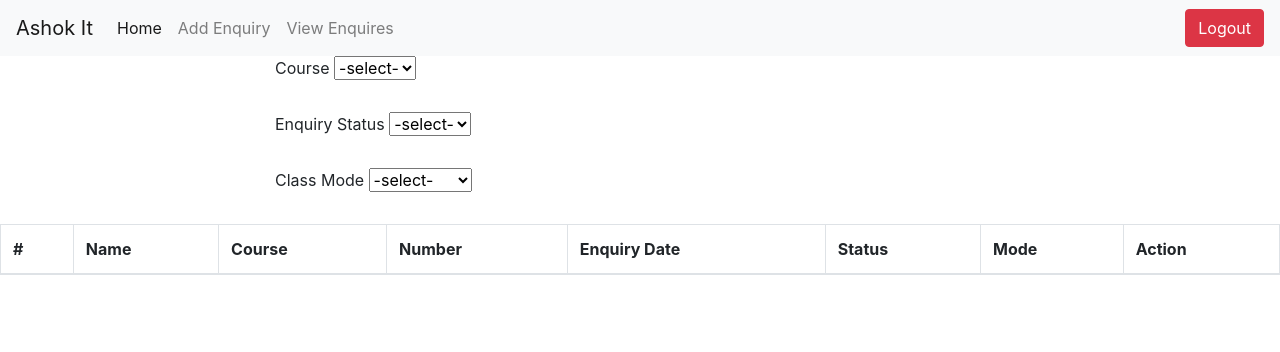
Repository: davidroshan/JRTP
Page: http://localhost/view-enquires
An editor plug-in stored every save of this project. The page is shown before and after the next save, followed by the edit.
The browser window is 1280 px wide. The pictures show the whole page.
The page is this project's Thymeleaf template; nobody is signed in. The template is opened directly, without the code that normally fills it, so the values that code supplies are empty.

Above is the page before, as saved 2023-04-27 18:24:04.

After the next save:
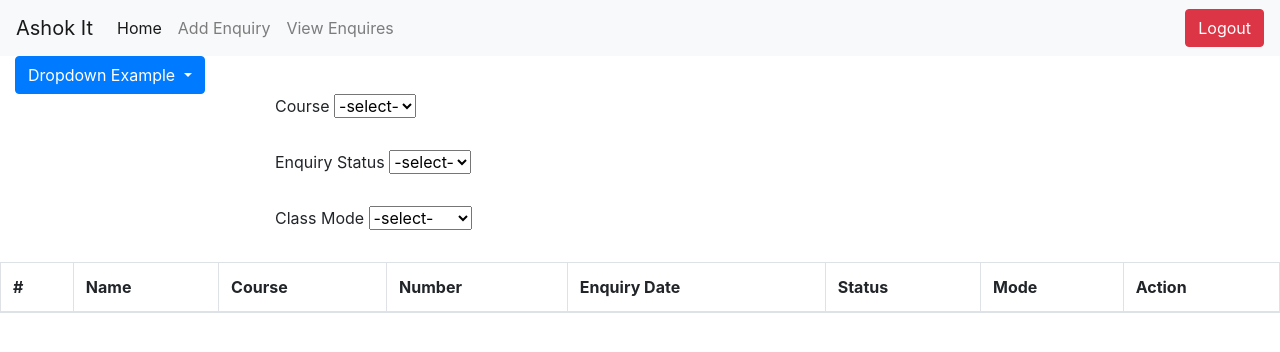
Saved 8 min 30 s later.
--- a/Front_Office_Team_Portal/src/main/resources/templates/view-enquires.html
+++ b/Front_Office_Team_Portal/src/main/resources/templates/view-enquires.html
@@ -39,6 +39,22 @@
 
 
           <!-- Nav bar end -->
+
+
+          <div class="col-lg-4 col-sm-4 col-xs-4">
+      <div class="dropdown">
+        <button class="btn btn-primary dropdown-toggle" type="button" data-toggle="dropdown">Dropdown Example
+        <span class="caret"></span></button>
+        <ul class="dropdown-menu">
+          <li><a href="#">HTML</a></li>
+          <li><a href="#">CSS</a></li>
+          <li><a href="#">JavaScript</a></li>
+        </ul>
+      </div>
+  </div>
+
+
+          <!-- drop down -->
 
          <div class="container">
             <div class="row">
